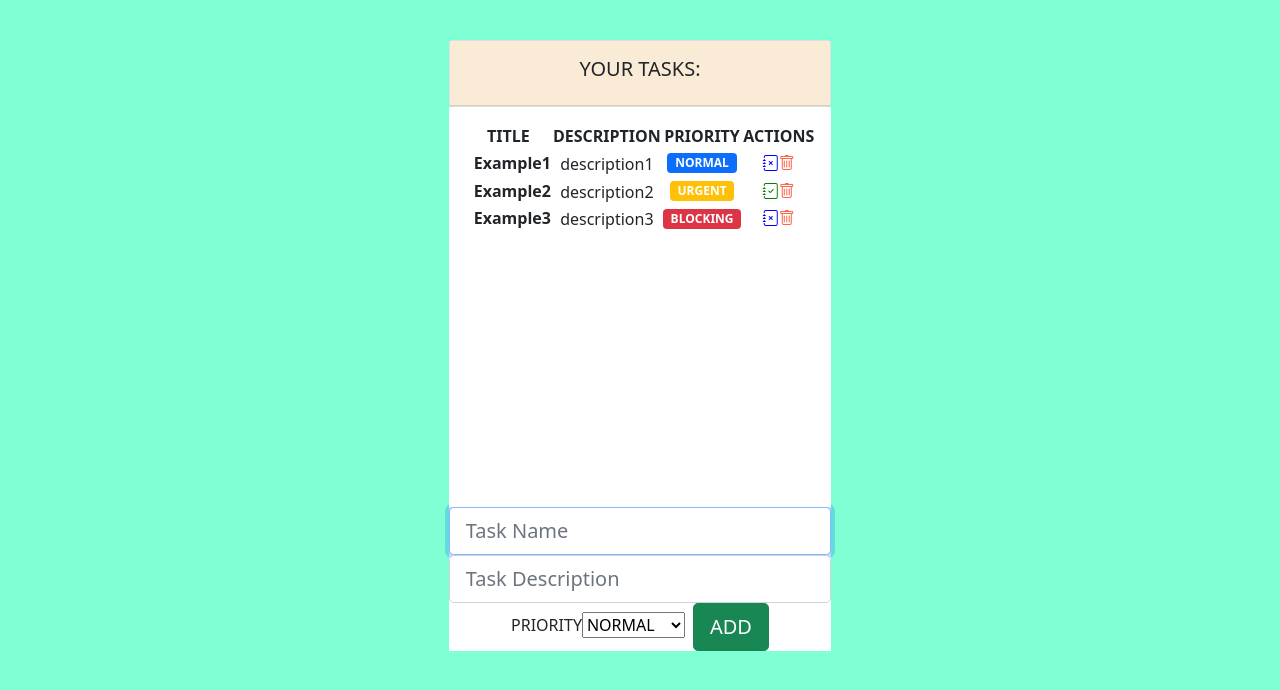
Repository: abgdev1997/proyecto-evo
Page: /tasks
These files come from the project's save history. The page is drawn as it stood at one moment and after the next save; the edit follows.
The browser window is 1280 px wide. The pictures show the whole page.
The project was rebuilt for these pictures with package versions that can differ from the ones it lists, and the page was loaded fresh each time.

Above is the page before, as saved 2022-01-27 17:54:20.

### src/index.js
import React from 'react';
import ReactDOM from 'react-dom';
import 'bootstrap/dist/css/bootstrap.css';
import 'bootstrap-icons/font/bootstrap-icons.css';
import './index.css';
import App from './App';

ReactDOM.render(
  <React.StrictMode>
    <App />
  </React.StrictMode>,
  document.getElementById('root')
);

### src/index.css
body{
    display: flex;
    align-items: center;
    justify-content: center;
    padding-top: 40px;
    padding-bottom: 40px;
    background-color: aquamarine;
}

### src/App.js
import './App.css';
import TaskList from './components/container/task_list';

function App() {
  return (
    <div className="App">
        {/* Componente de listado de tareas */}
        <TaskList></TaskList>
    </div>
  );
}

export default App;

### src/components/container/task_list.jsx
import React, {useState, useEffect} from 'react';
import {Task} from '../../models/levels.class'
import { LEVELS } from '../../models/levels.enum';
import TaskComponent from '../pure/task_component'
import '../../styles/task.scss'
import TaskForm from '../pure/forms/taskForm';

const TaskList = () => {

    const defaultTask1 = new Task('Example1', 'description1', false, LEVELS.NORMAL);
    const defaultTask2 = new Task('Example2', 'description2', true, LEVELS.URGENT);
    const defaultTask3 = new Task('Example3', 'description3', false, LEVELS.BLOCKING);




    //Estados del componente
    const [tasks, setTasks] = useState([defaultTask1, defaultTask2, defaultTask3]);
    const [loading, setLoading] = useState(true);

    //Control de ciclo de vida del componente
    useEffect(() => {
        console.log('Task State has been modified');
        setLoading(false);
        return () => {
            console.log('TaskList component is going to unmount');
        };
    }, [tasks]);
    const changeCompleted = (task) => {
        console.log('Change this task:', task)
        //Conseguimos el index de la tarea que queremos cambiar
        const index = tasks.indexOf(task);
        //Guardamos la lista de tareas dentro de una variable temporal
        const tempTasks = [...tasks]
        //Cambiamos el valor completed de la tarea que ya existe con el indice index
        tempTasks[index].completed = !tempTasks[index].completed
        //Actualizamos todas las tareas para introducir la que ha cambiado
        setTasks(tempTasks);
    }

    const deleteTask = (task) => {
        console.log('Deleting this task:', task)
        //Conseguimos el index de la tarea que queremos borrar
        const index = tasks.indexOf(task);
        //Guardamos la lista de tareas dentro de una variable temporal
        const tempTasks = [...tasks];
        //Borramos la tarea con splice(indice, numero de borrado hacia delante(en este caso solo es 1, la tarea a la que nos referimos))
        tempTasks.splice(index,1);
        setTasks(tempTasks);
    }

    const addTask = (task) => {
        console.log('Creating this task:', task)
        //Guardamos la lista de tareas dentro de una variable temporal
        const tempTasks = [...tasks];
        //Añadimos la tarea nueva a la lista temporal
        tempTasks.push(task);
        //Sustituimos la antigua lista por la lista temporal
        setTasks(tempTasks);
    }

    const TasksTable = () => {
        if(tasks.length > 0){
            return (
                <table>
                    <thead>
                        <tr>
                            <th scope='col'>TITLE</th>
                            <th scope='col'>DESCRIPTION</th>
                            <th scope='col'>PRIORITY</th>
                            <th scope='col'>ACTIONS</th>
                        </tr>
                    </thead>
                    <tbody>
                        {tasks.map((task, index) =>
                            <TaskComponent
                            completed={changeCompleted}
                            remove={deleteTask}
                            key={index}
                            task={task}>
                            </TaskComponent>)}
                    </tbody>
                </table>
            )
        }else{
            return(
                <div>
                    <h3>There are no tasks to show</h3>
                    <h4>Please create a task</h4>
                </div>
            )}
    }

    return (
        <div>
            {/* Dividimos el contenedor en 12 columnas */}
            <div className='col-12'>
                {/* Usamos la class card */}
                <div className='card'>
                    {/* CARD HEADER (TITLE) */}
                    {/* card-header es la cabecera de la carta, p-3 es padding 3 */}
                    <div className='card-header p-3' style={{backgroundColor:'antiquewhite'}}>
                        <h5>
                            YOUR TASKS:
                        </h5>
                    </div>
                </div>
                {/* CARD BODY (CONTENT) */}
                <div
                className='card-body'
                data-mdb-perfect-scrollbar='true'
                style={ {position: 'relative', height:'400px', backgroundColor:'white'}
                }>
                    <TasksTable></TasksTable>
                </div>
            </div>
            <TaskForm add={addTask}></TaskForm>
        </div>
    );
};


export default TaskList;

### src/models/levels.class.js
import { LEVELS } from "./levels.enum";

export class Task {
    name = 'o';
    description = '';
    completed = false;
    level = LEVELS.NORMAL;

    constructor(name, description, completed, level){
        this.name = name;
        this.description = description;
        this.completed = completed;
        this.level = level;
    }
}

### src/models/levels.enum.js
export const LEVELS = {
    NORMAL: 'NORMAL',
    URGENT: 'URGENT',
    BLOCKING:'BLOCKING',
}

### src/components/pure/task_component.jsx
import React, {useEffect} from 'react';
import PropTypes from 'prop-types';
import { Task } from '../../models/levels.class';
import { LEVELS } from '../../models/levels.enum';


const TaskComponent = ({task, completed, remove}) => {

    useEffect(() => {
        console.log('Created task')
        return () => {
            console.log(`Task: ${task.name} is going to unmount...`)
        };
    }, [task]);

    function taskLevelBadge(){
        switch (task.level) {
            case LEVELS.NORMAL:
                return(<h6 className='mb-0'><span className='badge bg-primary'>{task.level}</span></h6>);
            case LEVELS.URGENT:
                return(<h6 className='mb-0'><span className='badge bg-warning'>{task.level}</span></h6>);
            case LEVELS.BLOCKING:
                return(<h6 className='mb-0'><span className='badge bg-danger'>{task.level}</span></h6>);
            default:
                break;
        }
    }

    function taskCompletedIcon(){
        if(task.completed){
            return(<i onClick={() => completed(task)} className='bi bi-journal-check task-action' style={{color: 'green', fontWeight:'bold'}}></i>);
        }else{
            return(<i onClick={() => completed(task)} className='bi bi-journal-x task-action' style={{color: 'blue', fontWeight:'bold'}}></i>);
        }
    }

    return (

        <tr className='fw-normal'>
            <th>
                {/* ms-2 Margin 2 */}
                <span className='ms-2'>{task.name}</span>
            </th>
            <td>
                {/* align-middle alinea al centro */}
                <span className='align-middle'>{task.description}</span>
            </td>
            <td>
                {/* <span className='align-middle'>{task.level}</span> */}
                {taskLevelBadge()}
            </td>
            <td>
                {/* <span className='align-middle'>{task.completed ? 'COMPLETED' : 'PENDING'}</span> */}
                {taskCompletedIcon()}
                <i onClick={() => remove(task)} className='bi-trash task-action' style={{color:'tomato', fontWeight:'bold'}}></i>
            </td>
        </tr>

        // <div>
        //     <h2>
        //         Name: {task.name}
        //     </h2>
        //     <h3>
        //         Description: {task.description}
        //     </h3>
        //     <h4>
        //         Level: {task.level}
        //     </h4>
        //     <h5>
        //         This task is: {task.completed ? 'COMPLETED' : 'PENDING'}
        //     </h5>
        // </div>
    );
};


TaskComponent.propTypes = {
    task: PropTypes.instanceOf(Task).isRequired,
    completed: PropTypes.func.isRequired,
    remove: PropTypes.func.isRequired,
};


export default TaskComponent;

### src/styles/task.scss
.task-action {
    cursor: pointer;
}

.task-completed {
    color: gray;
    text-decoration: line-through;
}

.task-pending {
    font-weight: bold;
    color: tomato;
}

### src/components/pure/forms/taskForm.jsx
import React, {useRef} from 'react';
import PropTypes from 'prop-types';
import { LEVELS } from '../../../models/levels.enum';
import { Task } from '../../../models/levels.class';


const TaskForm = ({add}) => {

    const nameRef = useRef('');
    const descriptionRef = useRef('');
    const levelRef = useRef(LEVELS.NORMAL);



    const addTask = (e) => {
        //Prevenimos la recarga automatica de pagina
        e.preventDefault();
        //Construimos la nueva tarea con los valores referenciados
        const newTask = new Task(
            nameRef.current.value,
            descriptionRef.current.value,
            false,
            levelRef.current.value
        );
        //Añadimos la tarea usando la funcion que viene del padre
        add(newTask);
    }

    return (
        <form onSubmit={addTask} className='d-flex justify-content-center align-items-center' style={{backgroundColor:'white'}}>
            <div className='form-outline flex-fill'>
                <input ref={nameRef} id='inputName' type='text' className='form-control form-control-lg'required autoFocus placeholder='Task Name'></input>
                <input ref={descriptionRef} id='descriptionName' type='text' className='form-control form-control-lg'required placeholder='Task Description'></input>
                <label htmlFor='selectLevel' className='sr-only'>PRIORITY</label>
                <select ref={levelRef} defaultValue={LEVELS.NORMAL} id='selectLevel'>
                    <option value={LEVELS.NORMAL}>
                        NORMAL
                    </option>
                    <option value={LEVELS.URGENT}>
                        URGENT
                    </option>
                    <option value={LEVELS.BLOCKING}>
                        BLOCKING
                    </option>
                </select>
                <button type='submit' className='btn btn-success btn-lg ms-2'>
                    ADD
                </button>
            </div>
        </form>
    );
};


TaskForm.propTypes = {
    add: PropTypes.func.isRequired,
};


export default TaskForm;

Loaded but not shown: public/index.html (common file); src/App.css (common file)

After the next save:
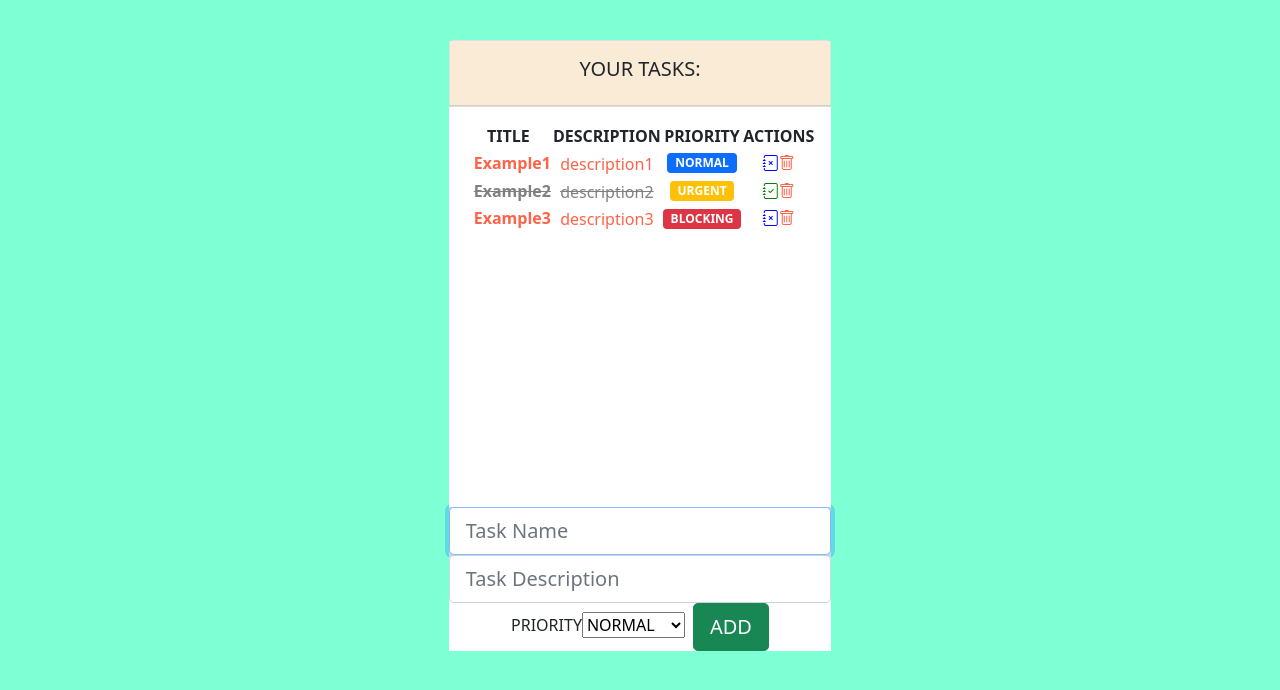
Saved 3 min 37 s later.
--- a/src/components/pure/task_component.jsx
+++ b/src/components/pure/task_component.jsx
@@ -2,6 +2,7 @@ import React, {useEffect} from 'react';
 import PropTypes from 'prop-types';
 import { Task } from '../../models/levels.class';
 import { LEVELS } from '../../models/levels.enum';
+import '../../styles/task.scss'
 
 
 const TaskComponent = ({task, completed, remove}) => {
@@ -34,9 +35,20 @@ const TaskComponent = ({task, completed, remove}) => {
         }
     }
 
+    const taskCompleted = {
+        color: 'gray',
+        fontWeight: 'bold',
+        textDecoration: 'line-through'
+    }
+
+    const taskPending = {
+        fontWeight: 'bold',
+        color: 'tomato'
+    }
+
     return (
 
-        <tr className='fw-normal'>
+        <tr className='fw-normal' style={task.completed ? taskCompleted : taskPending}>
             <th>
                 {/* ms-2 Margin 2 */}
                 <span className='ms-2'>{task.name}</span>
